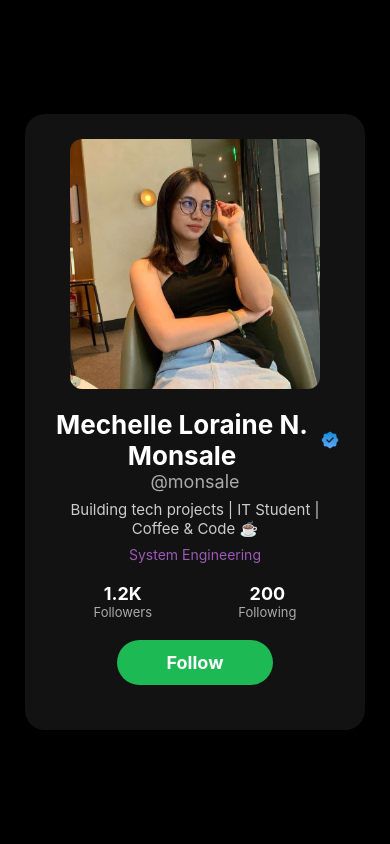
Repository: chelloraine/ProfileCard
Screen: /
These files come from the project's save history. The screen is drawn as it stood at one moment and after a run of saves; the edit follows.
The app was drawn by React Native's web renderer in a window 390 px wide. The project was rebuilt for these pictures with package versions that can differ from the ones it lists, and the page was loaded fresh each time.

Above is the screen before, as saved 2025-08-31 23:42:32.

### App.tsx
import React from "react";
import { SafeAreaView, StyleSheet } from "react-native";
import ProfileCard from "./profileCard";

export default function App() {
  return (
    <SafeAreaView style={styles.container}>
      <ProfileCard />
    </SafeAreaView>
  );
}

const styles = StyleSheet.create({
  container: {
    flex: 1,
    backgroundColor: "#000", // dark Spotify vibe
    justifyContent: "center", // center vertically
    alignItems: "center",     // center horizontally
  },
});

### profileCard.js
import React, { useState } from "react";
import { View, Text, StyleSheet, Image, TouchableOpacity } from "react-native";

export default function ProfileCard() {
  const [following, setFollowing] = useState(false);

  const toggleFollow = () => setFollowing(!following);

  return (
    <View style={styles.card}>
      {/* Square profile image */}
      <Image source={require("./assets/profile.jpg")} style={styles.squareImage} />

      {/* Profile Info */}
      <View style={styles.info}>
        <View style={styles.nameRow}>
          <Text style={styles.name}>
            Mechelle Loraine N. Monsale
          </Text>
          <Image source={require("./assets/verified.png")} style={styles.verified} />
        </View>
        <Text style={styles.username}>@monsale</Text>
        <Text style={styles.bio}>
          Building tech projects | IT Student | Coffee & Code ☕
        </Text>
        <Text style={styles.course}>System Engineering</Text>
      </View>

      {/* Followers / Following */}
      <View style={styles.stats}>
        <View style={styles.stat}>
          <Text style={styles.statNumber}>1.2K</Text>
          <Text style={styles.statLabel}>Followers</Text>
        </View>
        <View style={styles.stat}>
          <Text style={styles.statNumber}>200</Text>
          <Text style={styles.statLabel}>Following</Text>
        </View>
      </View>

      {/* Follow Button */}
      <TouchableOpacity
        style={[styles.followButton, following && styles.followingButton]}
        onPress={toggleFollow}
      >
        <Text style={styles.followText}>
          {following ? "Following" : "Follow"}
        </Text>
      </TouchableOpacity>
    </View>
  );
}

const styles = StyleSheet.create({
  card: {
    backgroundColor: "#121212",
    borderRadius: 20,
    padding: 25,
    alignItems: "center",
    shadowColor: "#000",
    shadowOpacity: 0.5,
    shadowRadius: 12,
    shadowOffset: { width: 0, height: 6 },
    width: 340,
    alignSelf: "center",
  },
  squareImage: {
    width: 250,
    height: 250,
    borderRadius: 12,
    marginBottom: 20,
  },
  info: {
    alignItems: "center",
    marginBottom: 20,
    width: "100%",
  },
  nameRow: {
    flexDirection: "row",
    alignItems: "center",
    justifyContent: "center",
  },
  name: { fontSize: 26, fontWeight: "bold", color: "#fff", textAlign: "center" },
  verified: { width: 20, height: 20, marginLeft: 6 },
  username: { fontSize: 18, color: "#aaa", marginBottom: 8 },
  bio: { fontSize: 15, color: "#ccc", textAlign: "center", paddingHorizontal: 15, marginBottom: 6 },
  course: { fontSize: 14, color: "#9b59b6", textAlign: "center", marginTop: 2 },
  stats: { flexDirection: "row", justifyContent: "space-between", width: "70%", marginBottom: 20 },
  stat: { alignItems: "center" },
  statNumber: { fontSize: 18, fontWeight: "bold", color: "#fff" },
  statLabel: { fontSize: 13, color: "#aaa" },
  followButton: { backgroundColor: "#1DB954", paddingVertical: 12, paddingHorizontal: 50, borderRadius: 25, marginBottom: 20 },
  followingButton: { backgroundColor: "#555" },
  followText: { color: "#fff", fontSize: 18, fontWeight: "bold" },
});

After the next 2 saves:
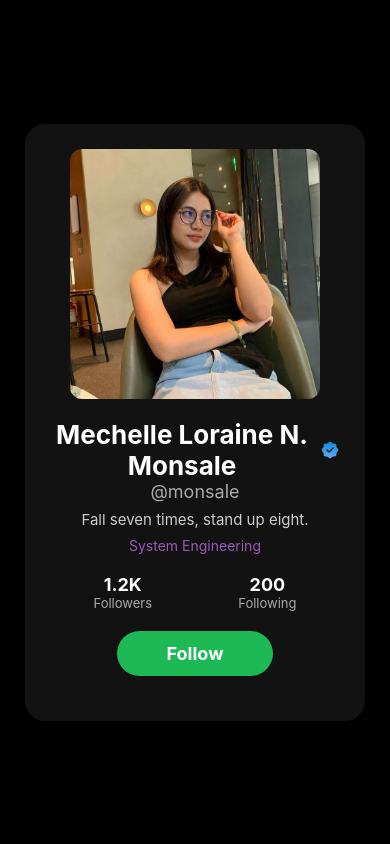
The 2 saves are shown as one change because they came seconds apart.
The last was saved 20 s later.
--- a/profileCard.js
+++ b/profileCard.js
@@ -21,7 +21,7 @@ export default function ProfileCard() {
         </View>
         <Text style={styles.username}>@monsale</Text>
         <Text style={styles.bio}>
-          Building tech projects | IT Student | Coffee & Code ☕
+          Fall seven times, stand up eight.
         </Text>
         <Text style={styles.course}>System Engineering</Text>
       </View>
